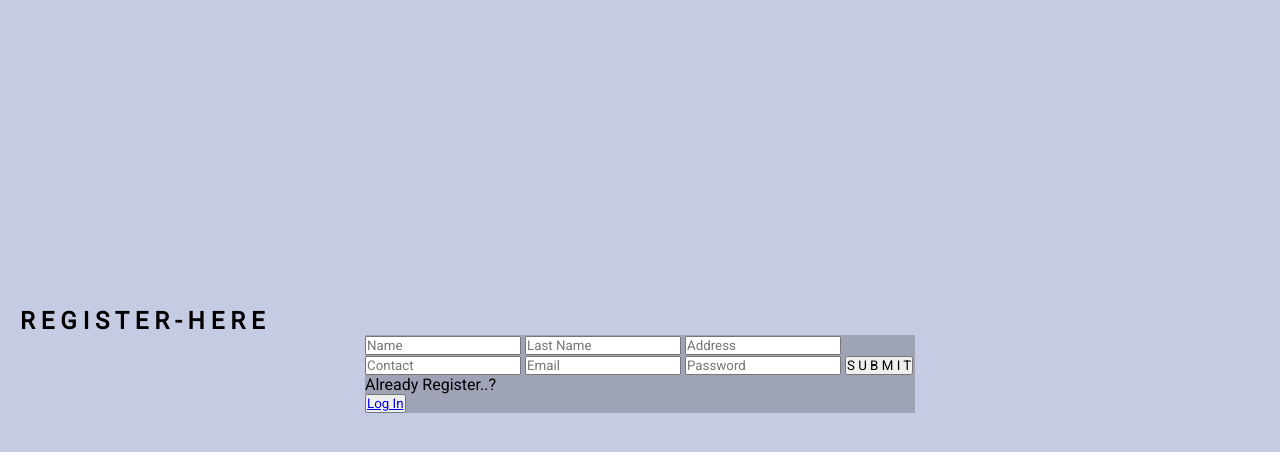
Repository: Krushna26nk/WebApplication
Page: http://localhost/Application/
An editor plug-in stored every save of this project. The page is shown before and after the next save, followed by the edit.
The browser window is 1280 px wide. The pictures show the whole page.
The page is served by Tomcat 9.

Above is the page before, as saved 2019-05-31 13:16:10.

After the next save:
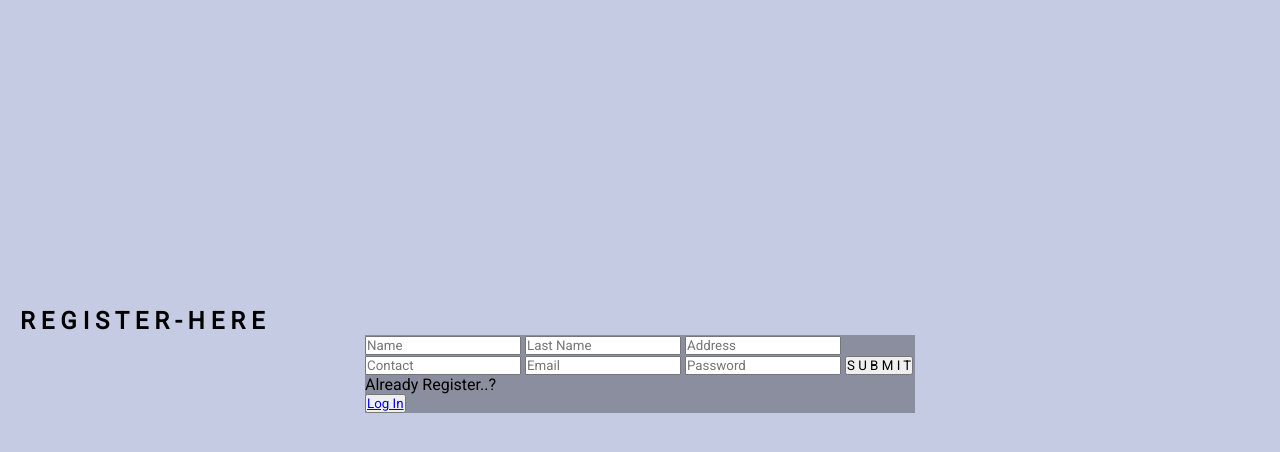
Saved 6 s later.
--- a/web/Application/WebContent/Style.css
+++ b/web/Application/WebContent/Style.css
@@ -22,5 +22,5 @@ body{
 .formDiv{
 	max-width:550px;
 	margin:0 auto;
-	background:rgba(0,0,0,0.2);
+	background:rgba(0,0,0,0.3);
 }
